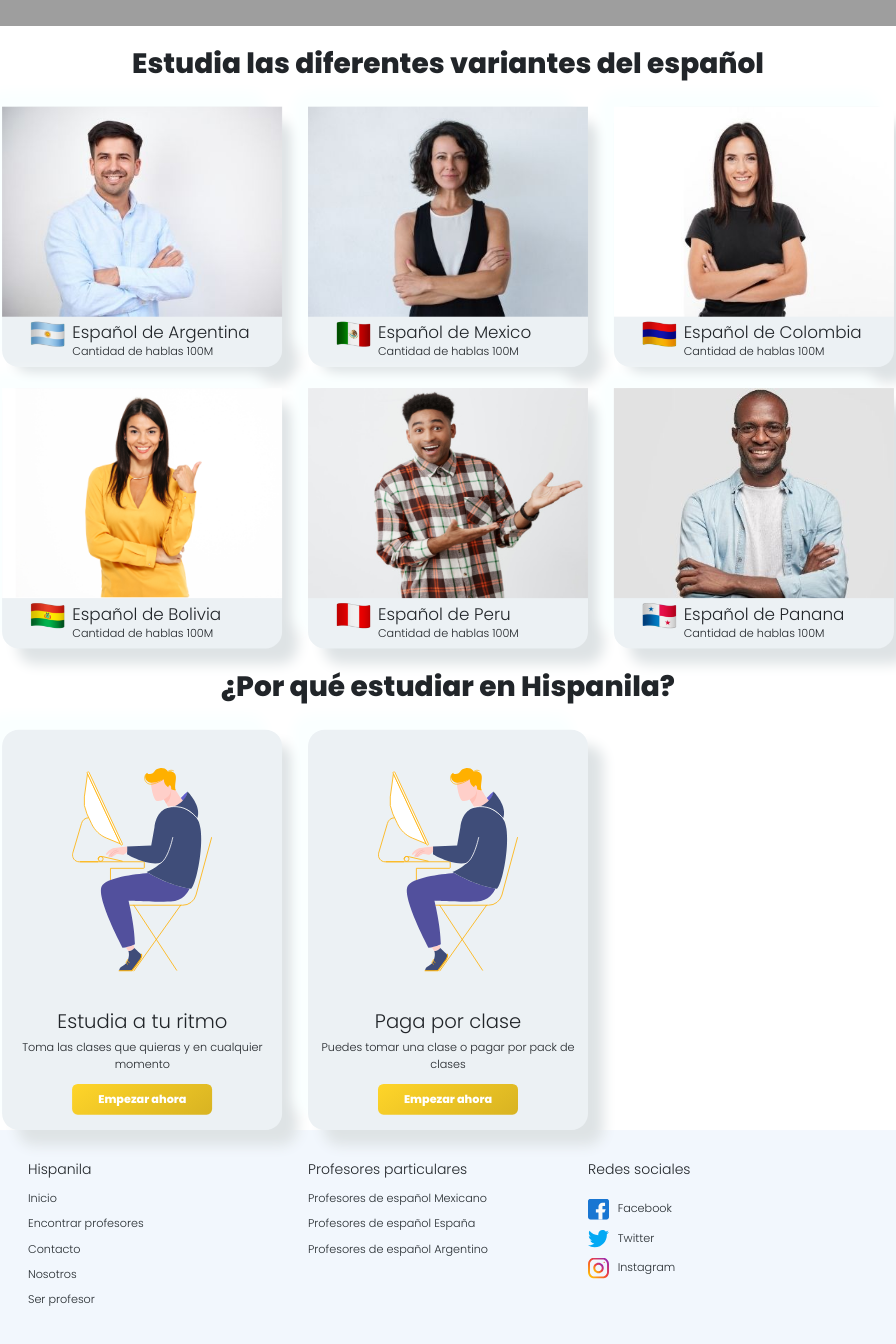
Repository: AgustinGarciaDev/Hispanila
Page: index.html
The author's editor kept a copy of each file at every save. The page is drawn from the files as they stood at one save, then again after the next save.
The browser window is 1280 px wide. The pictures show the part of the page from y = 629 to 2549 px (the page is 2549 px tall), at 70% of full size.
Pictures or frames that could not be fetched are drawn as grey boxes. Some web libraries are served in a nearby version. The style sheet was rebuilt from its Sass, Less or Tailwind sources for each picture, by a compiler version that may differ from the author's.

Above is the page before, as saved 2021-01-28 22:44:21.

After the next save:
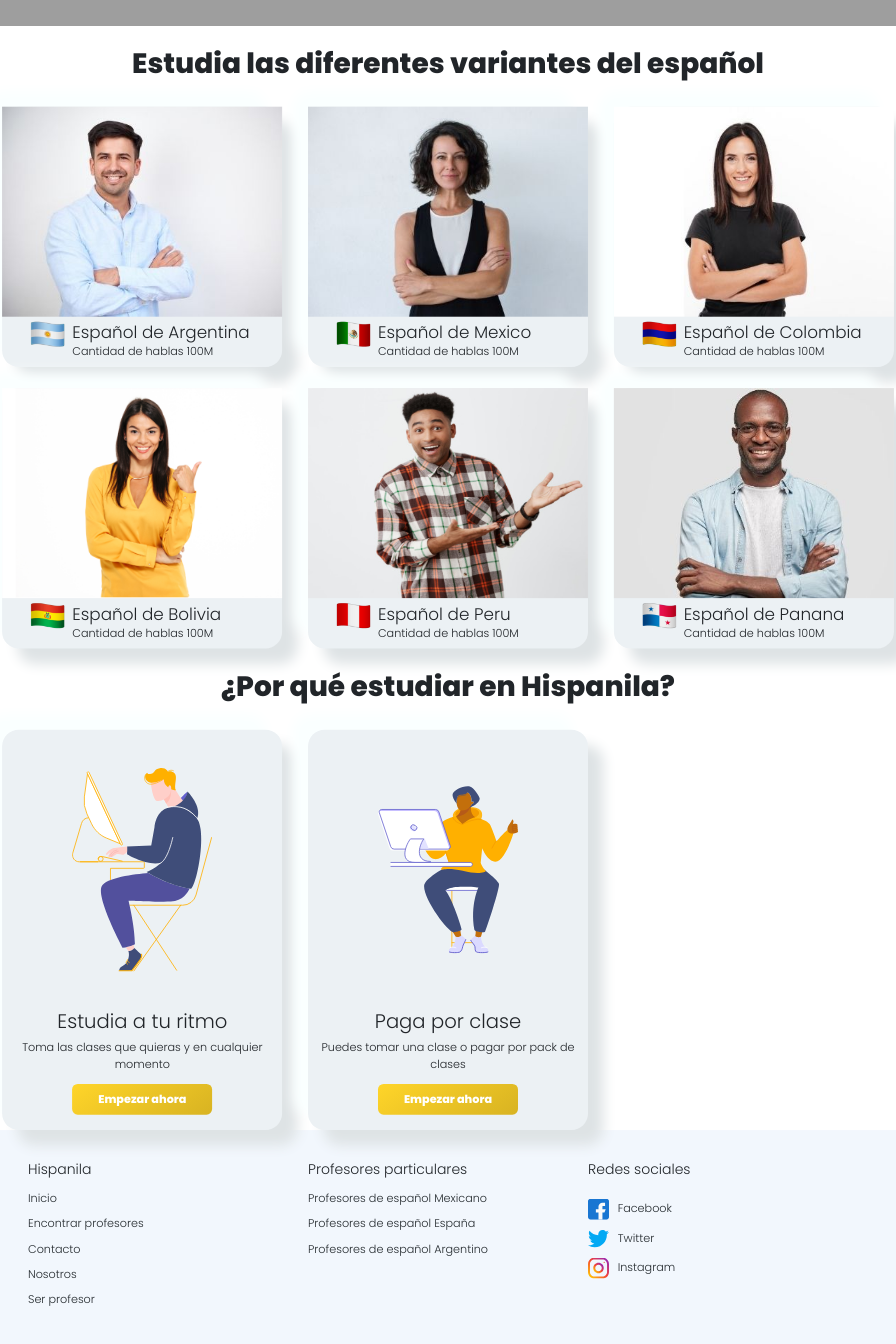
Saved 65 s later.
--- a/index.html
+++ b/index.html
@@ -155,7 +155,7 @@
                         <a class="card__study__btn" href="">Empezar ahora</a>
                 </div>
                 <div class="card__study__resson">
-                    <img class="card__study__img" src="/img/svg/character 6.svg" alt="chico sentado en la computadora">
+                    <img class="card__study__img" src="/img/svg/character 16.svg" alt="chico sentado en la computadora">
                     <h3 class="card__study_text">Paga por clase</h1>
                         <p class="card__study_text">Puedes tomar una clase o pagar por pack de clases</p>
                         <a class="card__study__btn" href="">Empezar ahora</a>
